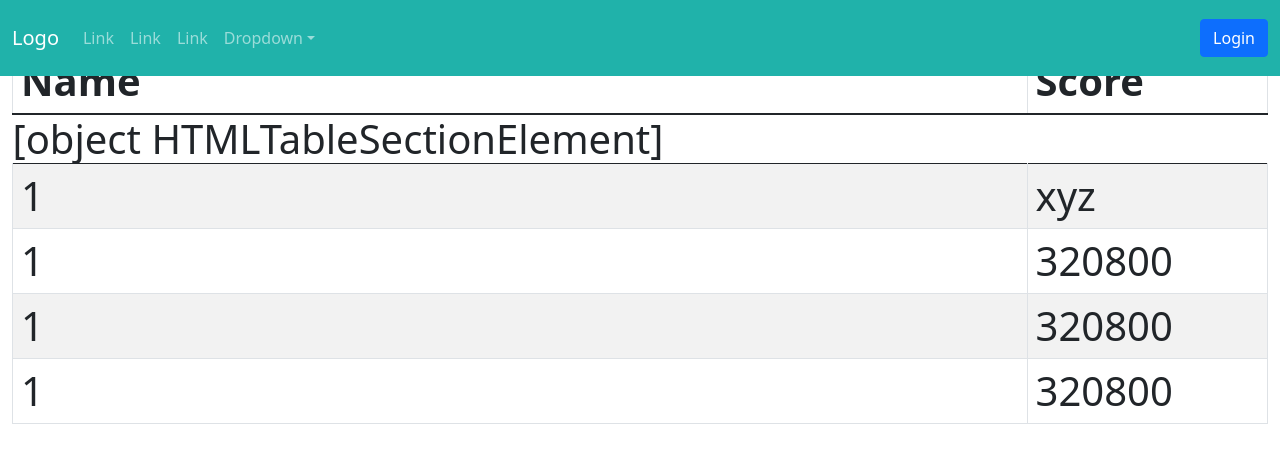
Repository: Sadia-Naveed-Shaikh/JavaScript-Website
Page: src/Listing.html
These files come from the project's save history. The page is drawn as it stood at one moment and after a run of saves; the edit follows.
The browser window is 1280 px wide. The pictures show the whole page.
Some web libraries are served in a nearby version.

Above is the page before, as saved 2021-10-28 16:22:12.

### src/Listing.html
<!DOCTYPE html>

<html>

<head>
    <title>Listing</title>
    <meta charset="utf-8">
    <meta name="viewport" content="width=device-width, initial-scale=1">
    <link href="https://cdn.jsdelivr.net/npm/bootstrap@5.1.1/dist/css/bootstrap.min.css" rel="stylesheet">
    <script src="https://cdn.jsdelivr.net/npm/bootstrap@5.1.1/dist/js/bootstrap.bundle.min.js"></script>
    <script src="https://kit.fontawesome.com/2246d8fd03.js" crossorigin="anonymous"></script>
</head>
<style>


</style>
<body>

<nav class="navbar navbar-expand-sm  navbar-dark fixed-top" style="background-color: #20b2aa">
    <div class="container-fluid" style="background-color: #20b2aa; height:60px">
        <a class="navbar-brand" href="#">Logo</a>
        <button class="navbar-toggler" type="button" data-bs-toggle="collapse" data-bs-target="#collapsibleNavbar">
            <span class="navbar-toggler-icon"></span>
        </button>
        <div class="collapse navbar-collapse" id="collapsibleNavbar">
            <ul class="navbar-nav">
                <li class="nav-item">
                    <a class="nav-link" href="#">Link</a>
                </li>
                <li class="nav-item">
                    <a class="nav-link" href="#">Link</a>
                </li>
                <li class="nav-item">
                    <a class="nav-link" href="#">Link</a>
                </li>
                <li class="nav-item dropdown">
                    <a class="nav-link dropdown-toggle" href="#" role="button" data-bs-toggle="dropdown">Dropdown</a>
                    <ul class="dropdown-menu">
                        <li><a class="dropdown-item" href="#">Transaction</a></li>
                        <li><a class="dropdown-item" href="#">Logs</a></li>
                        <li><a class="dropdown-item" href="#">A third link</a></li>
                    </ul>
                </li>
            </ul>

        </div>
        <!-- <form class="d-flex">
            <input class="form-control me-2" type="text" placeholder="Search">
            <button class="btn btn-primary" type="button">Search</button>
        </form> -->

        <!-- Button to Open the Modal -->
        <button type="button" class="btn btn-primary" data-bs-toggle="modal" data-bs-target="#myModal"
            style="margin-left: 5px">
            Login
        </button>
    </div>
</nav>

    <h1>
        Listing

        <div class="container-fluid">
            <table class="table table-striped table-bordered table-hover">
                <thead>
                    <tr>
                        <th>Name</th>
                        <th>Score</th>
                    </tr>
                </thead>
                <tbody id='tableContents'>
                </tbody>
            </table>
            <script>
                var record;
                var myObj;
                var Rdata;
                var xhr = new XMLHttpRequest();
                xhr.open("GET", "transaction.json", true);
                xhr.onload = function () {
                    //console.log(xhr.responseText);
                    record = xhr.responseText;
                    myObj = JSON.parse(record);
                    // console.log(record);
                    // console.log(myObj.data);
                    console.log(myObj.length);
                    var table = document.getElementById('tableContents');
                    // var tableContents = '<tr><td>' + record[0] + '</td><td>' + record[0] + '</td></tr>';
                    for (let i = 0; i < myObj.length; i++) {
                        tableContents += '<tr><td>' + myObj[i].id + '</td><td>' + myObj[i].name+ '</td></tr>';
                    }
                    table.innerHTML = tableContents;
                };
                xhr.send();

            </script>

        </div>
    </h1>
</body>


</html>

### src/transaction.json
[
    {
        "id": 1,
        "tran_id": "tran1",
        "name": "xyz",
        "email": "",
        "date": 61,
        "amount": "",
        "currency": "",
        "key8": "",
        "key9": "",
        "key10": "",
        "key11": "",
        "key12":"",
        "key13":"",
        "key14":"",
        "key15":""
    },
    {
        "id": 1,
        "tran_id": "Tiger Nixon",
        "name": 320800,
        "email": "",
        "date": 61,
        "amount": "",
        "currency": "",
        "key8": "",
        "key9": "",
        "key10": "",
        "key11": "",
        "key12": "",
        "key13": "",
        "key14": "",
        "key15": ""
    },
    {
        "id": 1,
        "tran_id": "Tiger Nixon",
        "name": 320800,
        "email": "",
        "date": 61,
        "amount": "",
        "currency": "",
        "key8": "",
        "key9": "",
        "key10": "",
        "key11": "",
        "key12": "",
        "key13": "",
        "key14": "",
        "key15": ""
    },
    {
        "id": 1,
        "tran_id": "Tiger Nixon",
        "name": 320800,
        "email": "",
        "date": 61,
        "amount": "",
        "currency": "",
        "key8": "",
        "key9": "",
        "key10": "",
        "key11": "",
        "key12": "",
        "key13": "",
        "key14": "",
        "key15": ""
    }
]

After the next 3 saves:
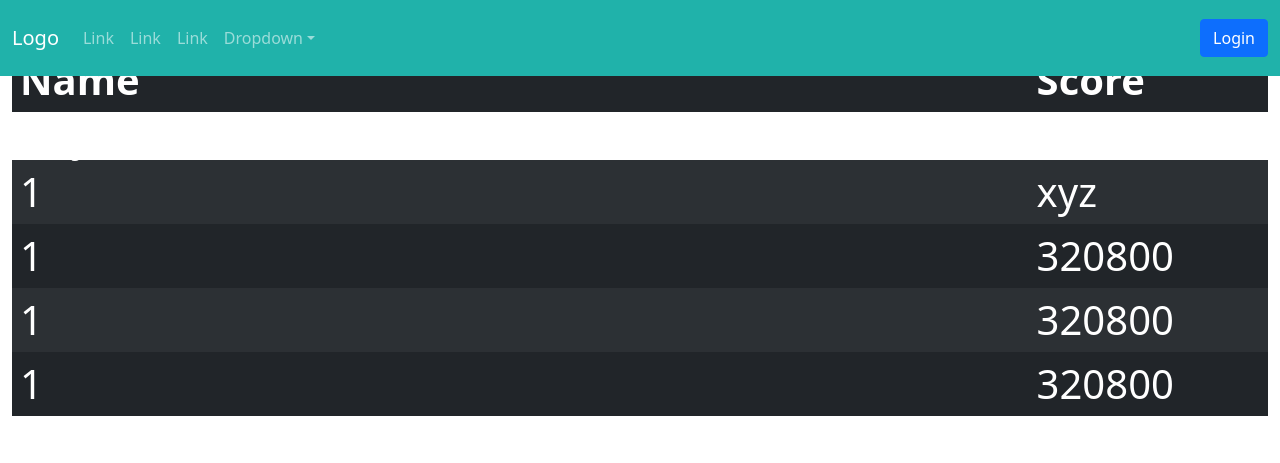
The 3 saves are shown as one change because they came seconds apart.
The last was saved 2 min 24 s later.
--- a/src/Listing.html
+++ b/src/Listing.html
@@ -14,54 +14,56 @@
 
 
 </style>
+
 <body>
 
-<nav class="navbar navbar-expand-sm  navbar-dark fixed-top" style="background-color: #20b2aa">
-    <div class="container-fluid" style="background-color: #20b2aa; height:60px">
-        <a class="navbar-brand" href="#">Logo</a>
-        <button class="navbar-toggler" type="button" data-bs-toggle="collapse" data-bs-target="#collapsibleNavbar">
-            <span class="navbar-toggler-icon"></span>
-        </button>
-        <div class="collapse navbar-collapse" id="collapsibleNavbar">
-            <ul class="navbar-nav">
-                <li class="nav-item">
-                    <a class="nav-link" href="#">Link</a>
-                </li>
-                <li class="nav-item">
-                    <a class="nav-link" href="#">Link</a>
-                </li>
-                <li class="nav-item">
-                    <a class="nav-link" href="#">Link</a>
-                </li>
-                <li class="nav-item dropdown">
-                    <a class="nav-link dropdown-toggle" href="#" role="button" data-bs-toggle="dropdown">Dropdown</a>
-                    <ul class="dropdown-menu">
-                        <li><a class="dropdown-item" href="#">Transaction</a></li>
-                        <li><a class="dropdown-item" href="#">Logs</a></li>
-                        <li><a class="dropdown-item" href="#">A third link</a></li>
-                    </ul>
-                </li>
-            </ul>
+    <nav class="navbar navbar-expand-sm  navbar-dark fixed-top" style="background-color: #20b2aa">
+        <div class="container-fluid" style="background-color: #20b2aa; height:60px">
+            <a class="navbar-brand" href="#">Logo</a>
+            <button class="navbar-toggler" type="button" data-bs-toggle="collapse" data-bs-target="#collapsibleNavbar">
+                <span class="navbar-toggler-icon"></span>
+            </button>
+            <div class="collapse navbar-collapse" id="collapsibleNavbar">
+                <ul class="navbar-nav">
+                    <li class="nav-item">
+                        <a class="nav-link" href="#">Link</a>
+                    </li>
+                    <li class="nav-item">
+                        <a class="nav-link" href="#">Link</a>
+                    </li>
+                    <li class="nav-item">
+                        <a class="nav-link" href="#">Link</a>
+                    </li>
+                    <li class="nav-item dropdown">
+                        <a class="nav-link dropdown-toggle" href="#" role="button"
+                            data-bs-toggle="dropdown">Dropdown</a>
+                        <ul class="dropdown-menu">
+                            <li><a class="dropdown-item" href="#">Transaction</a></li>
+                            <li><a class="dropdown-item" href="#">Logs</a></li>
+                            <li><a class="dropdown-item" href="#">A third link</a></li>
+                        </ul>
+                    </li>
+                </ul>
 
-        </div>
-        <!-- <form class="d-flex">
+            </div>
+            <!-- <form class="d-flex">
             <input class="form-control me-2" type="text" placeholder="Search">
             <button class="btn btn-primary" type="button">Search</button>
         </form> -->
 
-        <!-- Button to Open the Modal -->
-        <button type="button" class="btn btn-primary" data-bs-toggle="modal" data-bs-target="#myModal"
-            style="margin-left: 5px">
-            Login
-        </button>
-    </div>
-</nav>
+            <!-- Button to Open the Modal -->
+            <button type="button" class="btn btn-primary" data-bs-toggle="modal" data-bs-target="#myModal"
+                style="margin-left: 5px">
+                Login
+            </button>
+        </div>
+    </nav>
 
     <h1>
         Listing
 
         <div class="container-fluid">
-            <table class="table table-striped table-bordered table-hover">
+            <table class="table table-dark table-striped table-hover  table-borderless">
                 <thead>
                     <tr>
                         <th>Name</th>
@@ -87,7 +89,7 @@
                     var table = document.getElementById('tableContents');
                     // var tableContents = '<tr><td>' + record[0] + '</td><td>' + record[0] + '</td></tr>';
                     for (let i = 0; i < myObj.length; i++) {
-                        tableContents += '<tr><td>' + myObj[i].id + '</td><td>' + myObj[i].name+ '</td></tr>';
+                        tableContents += '<tr><td>' + myObj[i].id + '</td><td>' + myObj[i].name + '</td></tr>';
                     }
                     table.innerHTML = tableContents;
                 };
